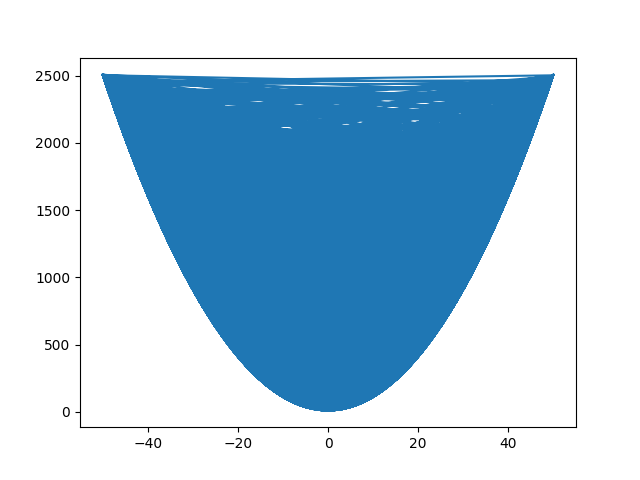
Repository: kannavdhawan/Generative-Adversarial-Networks
Script's output: python Generative_adversarial_networks/gans_base.py
The author's editor kept a record of every edit. The script's output is drawn from the files as they stood at one moment, then again after the next edit.
Random numbers start from a fixed seed.

Above is the page before.

### Generative_adversarial_networks/gans_base.py
import numpy as np
import pandas as pd
import matplotlib
import matplotlib.pyplot as plt
matplotlib.use('Agg')


def create_y(x):

    return 10+x*x

def sample(num,scaling):
    """
    Creating quadratic data.
    Atrb:
        num: Number of samples
        scaling: Norm to scale the randomly generated sample.

    Returns: numpy array with x and y.
    """

    data_set=[]
    x=scaling*(np.random.random_sample((num,))-0.5)

    for i in range(num):
        y_i=create_y(x[i])
        data_set.append([x[i],y_i])
    data_set=np.asarray(data_set)
    return data_set

data_set=sample(10000,100)
print(data_set)
# print(data_set.shape)

data_set_df=pd.DataFrame(data_set)
plt.plot(data_set_df[0],data_set_df[1])

plt.savefig('display.png')

After the next edit:
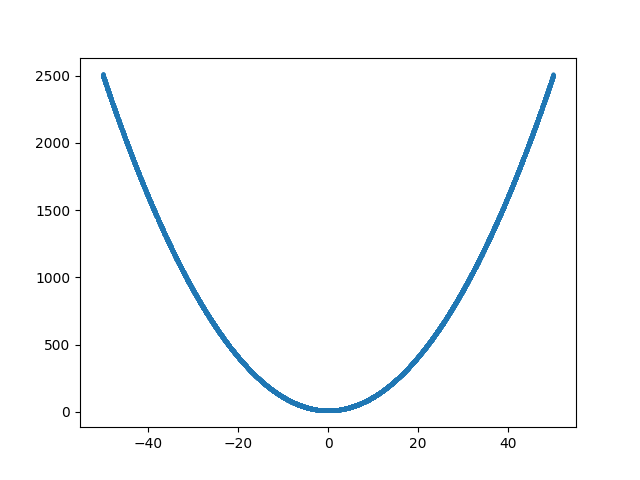
The edit:
--- a/Generative_adversarial_networks/gans_base.py
+++ b/Generative_adversarial_networks/gans_base.py
@@ -33,6 +33,6 @@
 # print(data_set.shape)
 
 data_set_df=pd.DataFrame(data_set)
-plt.plot(data_set_df[0],data_set_df[1])
+plt.plot(data_set_df[0],data_set_df[1],'o',linewidth=2, markersize=2)
 
 plt.savefig('display.png')
